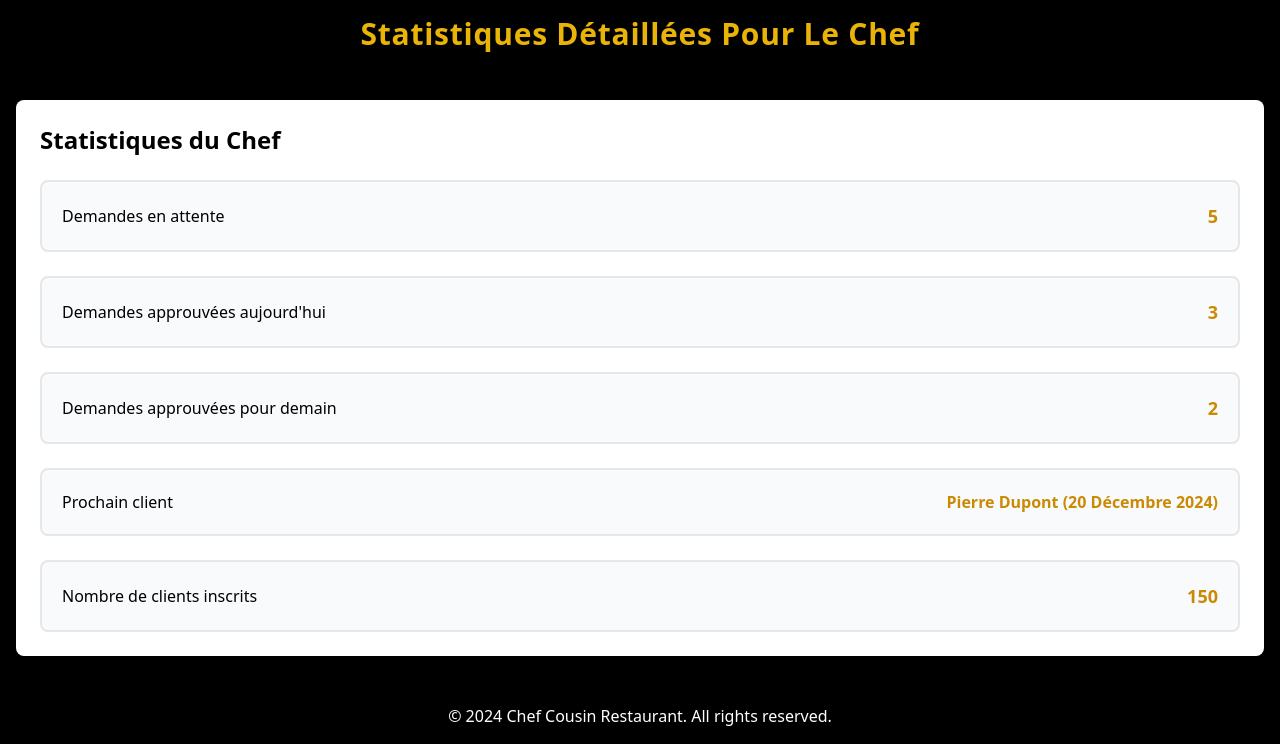
Repository: HamzaChehlaoui/Site-Web-pour-un-Chef-Cuisinier
Page: http://localhost/statistique.php
An editor plug-in stored every save of this project. The page is shown before and after the next save, followed by the edit.
The browser window is 1280 px wide. The pictures show the whole page.
Some web libraries are served in a nearby version. The page is run by PHP 8.4 with error messages shown; the project is at /var/www/html/.

Above is the page before, as saved 2024-12-18 13:04:48.

### statistique.php
<!DOCTYPE html>
<html lang="fr">

<head>
    <meta charset="UTF-8">
    <meta name="viewport" content="width=device-width, initial-scale=1.0">
    <title>Gestion des Réservations - Statistiques</title>
    <!-- Tailwind CSS CDN -->
    <script src="https://cdn.tailwindcss.com"></script>
    <style>
        /* Custom Slide-in animation */
        @keyframes slideIn {
            0% {
                transform: translateX(-100%);
                opacity: 0;
            }
            100% {
                transform: translateX(0);
                opacity: 1;
            }
        }

        /* Apply the animation to the cards */
        .slide-in {
            animation: slideIn 0.5s ease-out forwards;
        }
    </style>
</head>

<body class="bg-black text-white font-sans">

    <!-- Header -->
    <header class=" text-black py-4 text-center shadow-md">
        <h1 class="text-3xl font-extrabold tracking-wide text-yellow-500">Statistiques Détaillées Pour Le Chef</h1>
    </header>

    <!-- Main Content -->
    <main class="container mx-auto my-8 px-4">
        <div class="grid grid-cols-1 md:grid-cols-1 gap-8">

            <!-- Statistics Box -->
            <div class="bg-white shadow-lg rounded-lg p-6 slide-in">
                <h2 class="text-2xl font-semibold text-black mb-6">Statistiques du Chef</h2>
                <div class="space-y-6">

                    <!-- Pending Requests -->
                    <div class="flex justify-between items-center bg-gray-50 p-5 rounded-lg border-2 border-gray-200 hover:bg-yellow-50 transition">
                        <span class="text-black font-medium">Demandes en attente</span>
                        <span class="text-yellow-600 font-semibold text-lg">5</span>
                    </div>

                    <!-- Approved Today -->
                    <div class="flex justify-between items-center bg-gray-50 p-5 rounded-lg border-2 border-gray-200 hover:bg-yellow-50 transition">
                        <span class="text-black font-medium">Demandes approuvées aujourd'hui</span>
                        <span class="text-yellow-600 font-semibold text-lg">3</span>
                    </div>

                    <!-- Approved Tomorrow -->
                    <div class="flex justify-between items-center bg-gray-50 p-5 rounded-lg border-2 border-gray-200 hover:bg-yellow-50 transition">
                        <span class="text-black font-medium">Demandes approuvées pour demain</span>
                        <span class="text-yellow-600 font-semibold text-lg">2</span>
                    </div>

                    <!-- Next Client Details -->
                    <div class="flex justify-between items-center bg-gray-50 p-5 rounded-lg border-2 border-gray-200 hover:bg-yellow-50 transition">
                        <span class="text-black font-medium">Prochain client</span>
                        <span class="text-yellow-600 font-semibold">Pierre Dupont (20 Décembre 2024)</span>
                    </div>

                    <!-- Registered Clients -->
                    <div class="flex justify-between items-center bg-gray-50 p-5 rounded-lg border-2 border-gray-200 hover:bg-yellow-50 transition">
                        <span class="text-black font-medium">Nombre de clients inscrits</span>
                        <span class="text-yellow-600 font-semibold text-lg">150</span>
                    </div>
                </div>
            </div>

        </div>
    </main>
        <!-- Footer -->
    <footer class="bg-black text-white py-4">
        <div class="container mx-auto text-center">
            <p>&copy; 2024 Chef Cousin Restaurant. All rights reserved.</p>
        </div>
    </footer>
</body>

</html>

After the next save:
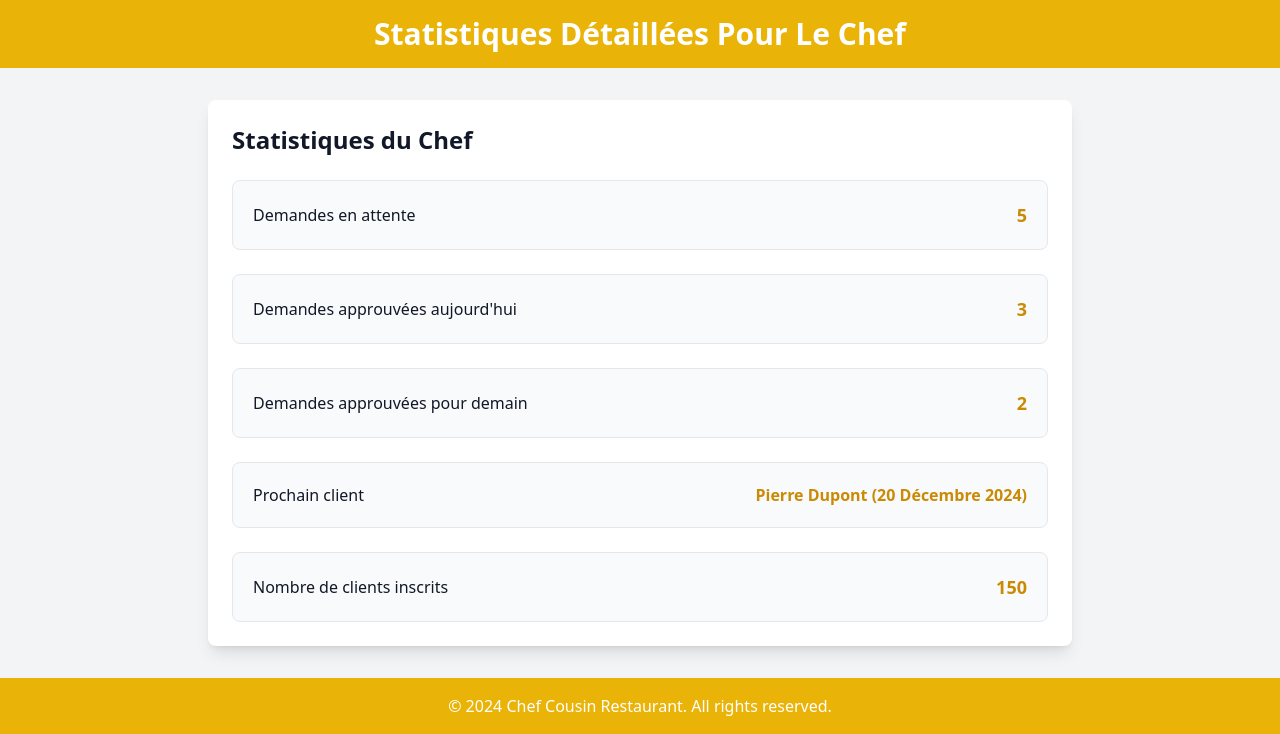
Saved 107 min 52 s later.
--- a/statistique.php
+++ b/statistique.php
@@ -7,82 +7,68 @@
     <title>Gestion des Réservations - Statistiques</title>
     <!-- Tailwind CSS CDN -->
     <script src="https://cdn.tailwindcss.com"></script>
-    <style>
-        /* Custom Slide-in animation */
-        @keyframes slideIn {
-            0% {
-                transform: translateX(-100%);
-                opacity: 0;
-            }
-            100% {
-                transform: translateX(0);
-                opacity: 1;
-            }
-        }
-
-        /* Apply the animation to the cards */
-        .slide-in {
-            animation: slideIn 0.5s ease-out forwards;
-        }
-    </style>
 </head>
 
-<body class="bg-black text-white font-sans">
+<body class="bg-gray-100 text-gray-800">
 
     <!-- Header -->
-    <header class=" text-black py-4 text-center shadow-md">
-        <h1 class="text-3xl font-extrabold tracking-wide text-yellow-500">Statistiques Détaillées Pour Le Chef</h1>
+    <header class="py-4 text-center bg-yellow-500 text-white">
+        <h1 class="text-3xl font-bold">Statistiques Détaillées Pour Le Chef</h1>
     </header>
 
     <!-- Main Content -->
-    <main class="container mx-auto my-8 px-4">
-        <div class="grid grid-cols-1 md:grid-cols-1 gap-8">
+    <main class="max-w-4xl mx-auto my-8 px-4">
+        <div class="bg-white shadow-lg rounded-lg p-6">
 
-            <!-- Statistics Box -->
-            <div class="bg-white shadow-lg rounded-lg p-6 slide-in">
-                <h2 class="text-2xl font-semibold text-black mb-6">Statistiques du Chef</h2>
-                <div class="space-y-6">
-
-                    <!-- Pending Requests -->
-                    <div class="flex justify-between items-center bg-gray-50 p-5 rounded-lg border-2 border-gray-200 hover:bg-yellow-50 transition">
-                        <span class="text-black font-medium">Demandes en attente</span>
-                        <span class="text-yellow-600 font-semibold text-lg">5</span>
-                    </div>
-
-                    <!-- Approved Today -->
-                    <div class="flex justify-between items-center bg-gray-50 p-5 rounded-lg border-2 border-gray-200 hover:bg-yellow-50 transition">
-                        <span class="text-black font-medium">Demandes approuvées aujourd'hui</span>
-                        <span class="text-yellow-600 font-semibold text-lg">3</span>
-                    </div>
-
-                    <!-- Approved Tomorrow -->
-                    <div class="flex justify-between items-center bg-gray-50 p-5 rounded-lg border-2 border-gray-200 hover:bg-yellow-50 transition">
-                        <span class="text-black font-medium">Demandes approuvées pour demain</span>
-                        <span class="text-yellow-600 font-semibold text-lg">2</span>
-                    </div>
-
-                    <!-- Next Client Details -->
-                    <div class="flex justify-between items-center bg-gray-50 p-5 rounded-lg border-2 border-gray-200 hover:bg-yellow-50 transition">
-                        <span class="text-black font-medium">Prochain client</span>
-                        <span class="text-yellow-600 font-semibold">Pierre Dupont (20 Décembre 2024)</span>
-                    </div>
-
-                    <!-- Registered Clients -->
-                    <div class="flex justify-between items-center bg-gray-50 p-5 rounded-lg border-2 border-gray-200 hover:bg-yellow-50 transition">
-                        <span class="text-black font-medium">Nombre de clients inscrits</span>
-                        <span class="text-yellow-600 font-semibold text-lg">150</span>
-                    </div>
-                </div>
+            <!-- Card Header -->
+            <div class="text-2xl font-semibold mb-6 text-gray-900">
+                Statistiques du Chef
             </div>
 
+            <!-- Stats List -->
+            <div class="space-y-6">
+
+                <!-- Pending Requests -->
+                <div class="flex justify-between items-center bg-gray-50 p-5 rounded-lg border border-gray-200 hover:bg-yellow-100 transition">
+                    <span class="text-gray-900">Demandes en attente</span>
+                    <span class="text-yellow-600 font-semibold text-lg">5</span>
+                </div>
+
+                <!-- Approved Today -->
+                <div class="flex justify-between items-center bg-gray-50 p-5 rounded-lg border border-gray-200 hover:bg-yellow-100 transition">
+                    <span class="text-gray-900">Demandes approuvées aujourd'hui</span>
+                    <span class="text-yellow-600 font-semibold text-lg">3</span>
+                </div>
+
+                <!-- Approved Tomorrow -->
+                <div class="flex justify-between items-center bg-gray-50 p-5 rounded-lg border border-gray-200 hover:bg-yellow-100 transition">
+                    <span class="text-gray-900">Demandes approuvées pour demain</span>
+                    <span class="text-yellow-600 font-semibold text-lg">2</span>
+                </div>
+
+                <!-- Next Client Details -->
+                <div class="flex justify-between items-center bg-gray-50 p-5 rounded-lg border border-gray-200 hover:bg-yellow-100 transition">
+                    <span class="text-gray-900">Prochain client</span>
+                    <span class="text-yellow-600 font-semibold">Pierre Dupont (20 Décembre 2024)</span>
+                </div>
+
+                <!-- Registered Clients -->
+                <div class="flex justify-between items-center bg-gray-50 p-5 rounded-lg border border-gray-200 hover:bg-yellow-100 transition">
+                    <span class="text-gray-900">Nombre de clients inscrits</span>
+                    <span class="text-yellow-600 font-semibold text-lg">150</span>
+                </div>
+
+            </div>
         </div>
     </main>
-        <!-- Footer -->
-    <footer class="bg-black text-white py-4">
-        <div class="container mx-auto text-center">
+
+    <!-- Footer -->
+    <footer class="bg-yellow-500 text-white py-4">
+        <div class="text-center">
             <p>&copy; 2024 Chef Cousin Restaurant. All rights reserved.</p>
         </div>
     </footer>
+
 </body>
 
 </html>
